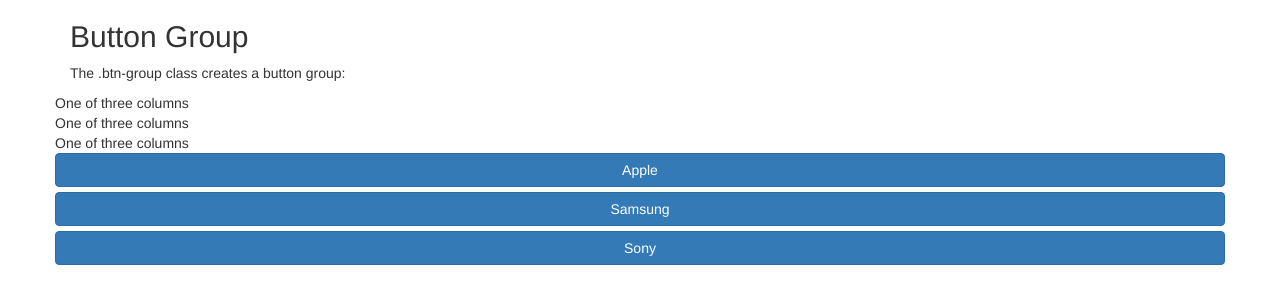
Repository: rsusolutions/RSU-Website
Page: quiz/index2.html
These files come from the project's save history. The page is drawn as it stood at one moment and after the next save; the edit follows.
The browser window is 1280 px wide. The pictures show the whole page.

Above is the page before, as saved 2020-04-21 13:34:14.

### quiz/index2.html
<!DOCTYPE html>
<html lang="en">
<head>
  <title>Bootstrap Example</title>
  <meta charset="utf-8">
  <meta name="viewport" content="width=device-width, initial-scale=1">
  <link rel="stylesheet" href="https://maxcdn.bootstrapcdn.com/bootstrap/3.4.1/css/bootstrap.min.css">
  <script src="https://ajax.googleapis.com/ajax/libs/jquery/3.4.1/jquery.min.js"></script>
  <script src="https://maxcdn.bootstrapcdn.com/bootstrap/3.4.1/js/bootstrap.min.js"></script>
</head>
<style>
    .btn-group {
  position: absolute;
  right: 15px;
  bottom: 15px;
}
</style>
<body>

<div class="container">
  <h2>Button Group</h2>
  <p>The .btn-group class creates a button group:</p>
  <div class="row">
    <div class="col-sm">
      One of three columns
    </div>
    <div class="col-sm">
      One of three columns
    </div>
    <div class="col-sm">
      One of three columns
    </div>
  </div>

  <div class="  row">
    <button type="button "  class="btn btn-primary btn-block col col-md-4">Apple</button>
    <button type="button"  class="btn btn-primary btn-block col col-md-4">Samsung</button>
    <button type="button"  class="btn btn-primary btn-block col col-md-4">Sony</button>
  </div>
</div>

</body>
</html>

After the next save:
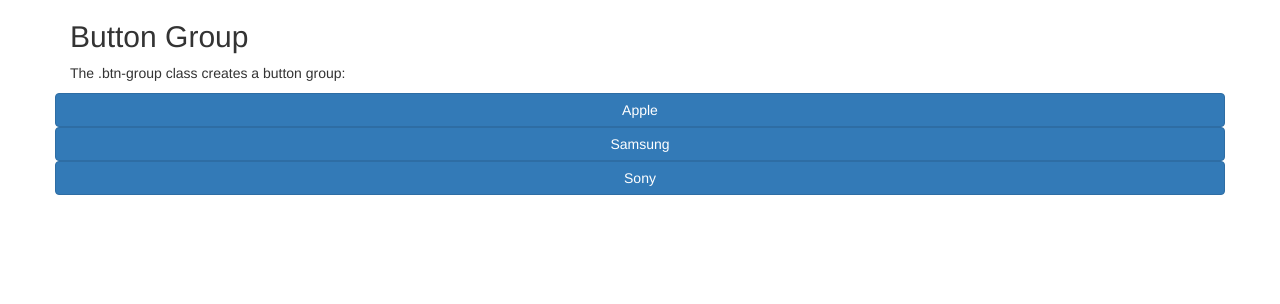
Saved 21 s later.
--- a/quiz/index2.html
+++ b/quiz/index2.html
@@ -22,20 +22,20 @@
   <p>The .btn-group class creates a button group:</p>
   <div class="row">
     <div class="col-sm">
-      One of three columns
+      <button type="button "  class="btn btn-primary btn-block col col-md-4">Apple</button>
     </div>
     <div class="col-sm">
-      One of three columns
+      <button type="button"  class="btn btn-primary btn-block col col-md-4">Samsung</button>
     </div>
     <div class="col-sm">
-      One of three columns
+      <button type="button"  class="btn btn-primary btn-block col col-md-4">Sony</button>
     </div>
   </div>
 
   <div class="  row">
-    <button type="button "  class="btn btn-primary btn-block col col-md-4">Apple</button>
-    <button type="button"  class="btn btn-primary btn-block col col-md-4">Samsung</button>
-    <button type="button"  class="btn btn-primary btn-block col col-md-4">Sony</button>
+
+
+
   </div>
 </div>
 
